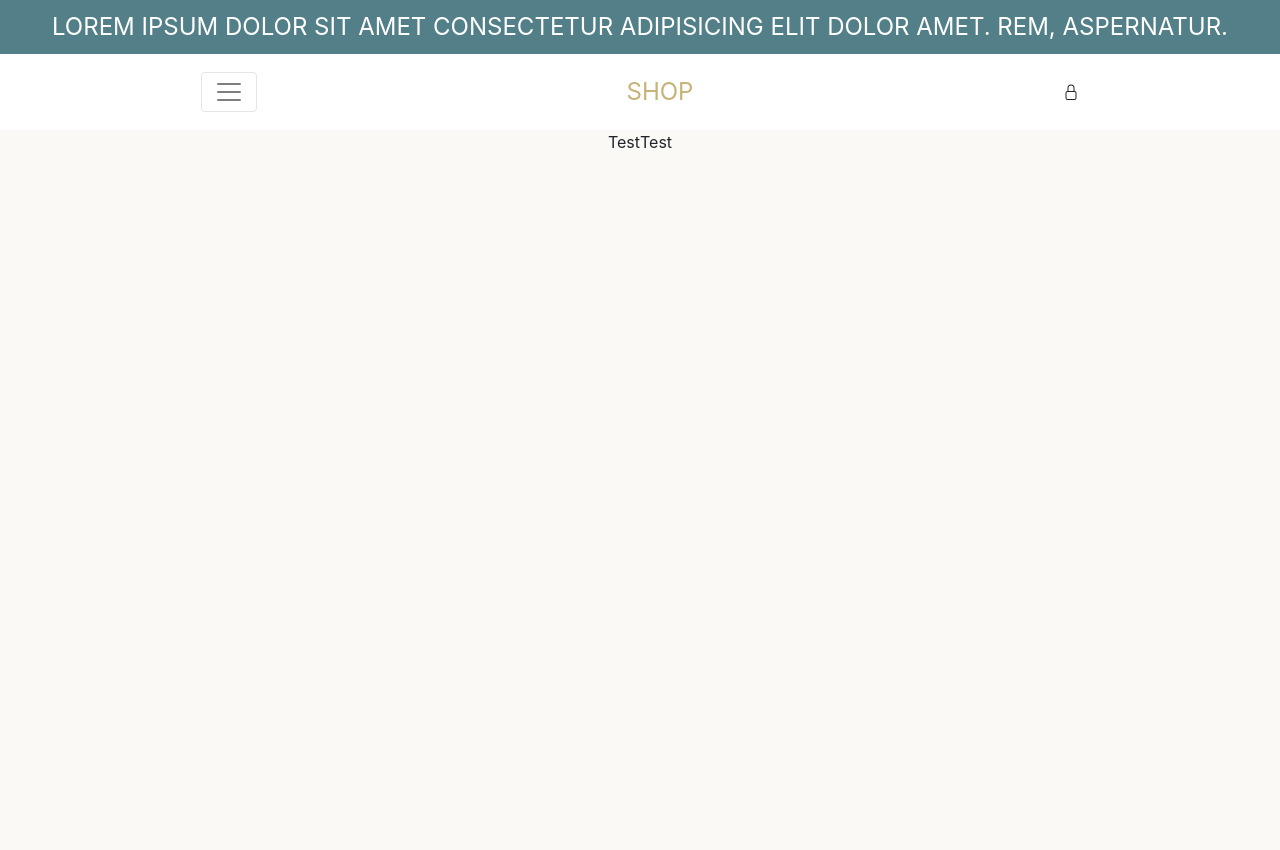
Repository: DaNiels89/frontendassignmentbogbootcamp
Page: index.html
The author's editor kept a copy of each file at every save. The page is drawn from the files as they stood at one save, then again after the next save.
The browser window is 1280 px wide. The pictures show the whole page.

Above is the page before, as saved 2020-03-19 18:06:49.

After the next save:
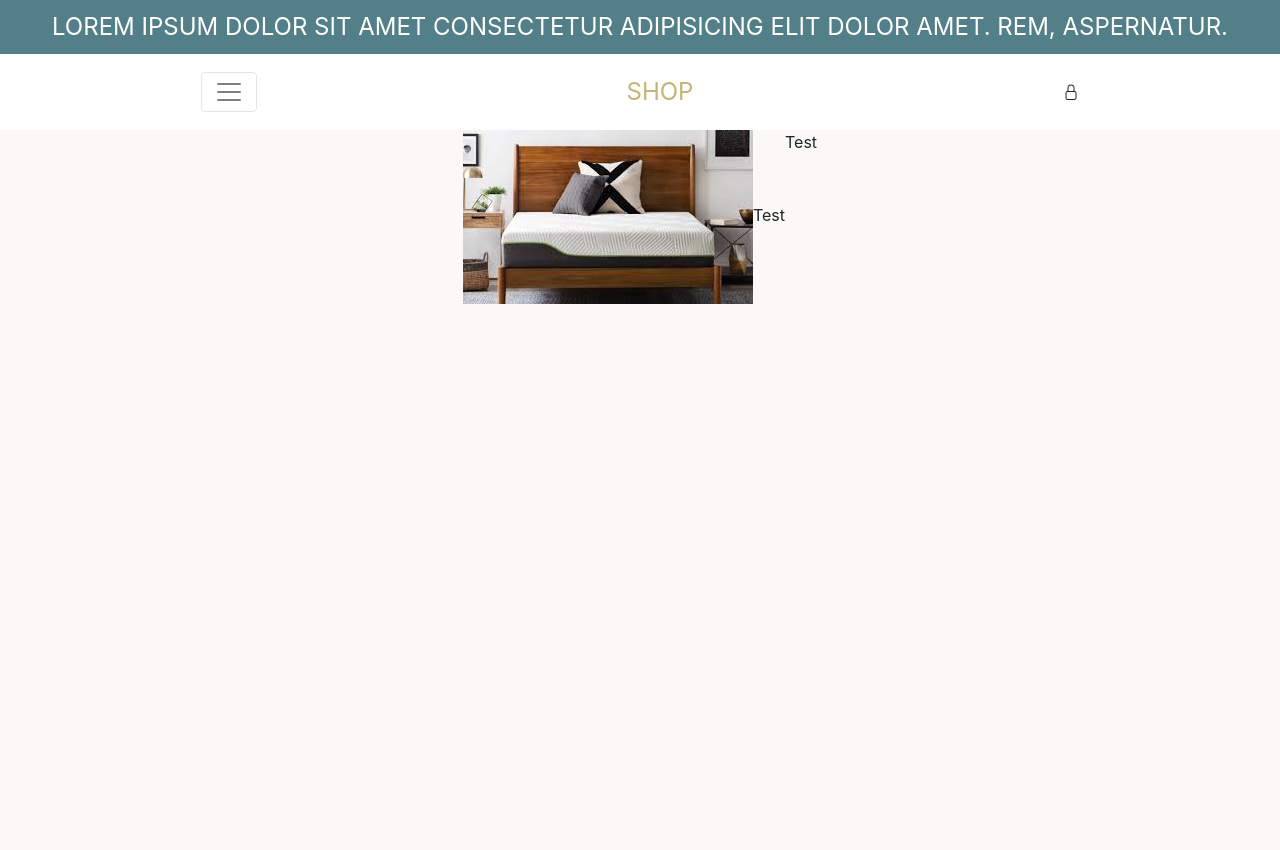
Saved 11 min 45 s later.
--- a/index.html
+++ b/index.html
@@ -59,7 +59,7 @@
 
     <div class="carousel-outer-div">
       <div class="carousel-inner-div">
-        <div class="get-image"><img src="" alt="" />Test</div>
+        <div class="get-image"><img src="img/bed1.jpeg" alt="" />Test</div>
         <div class="right-carousel">Test</div>
       </div>
     </div>
